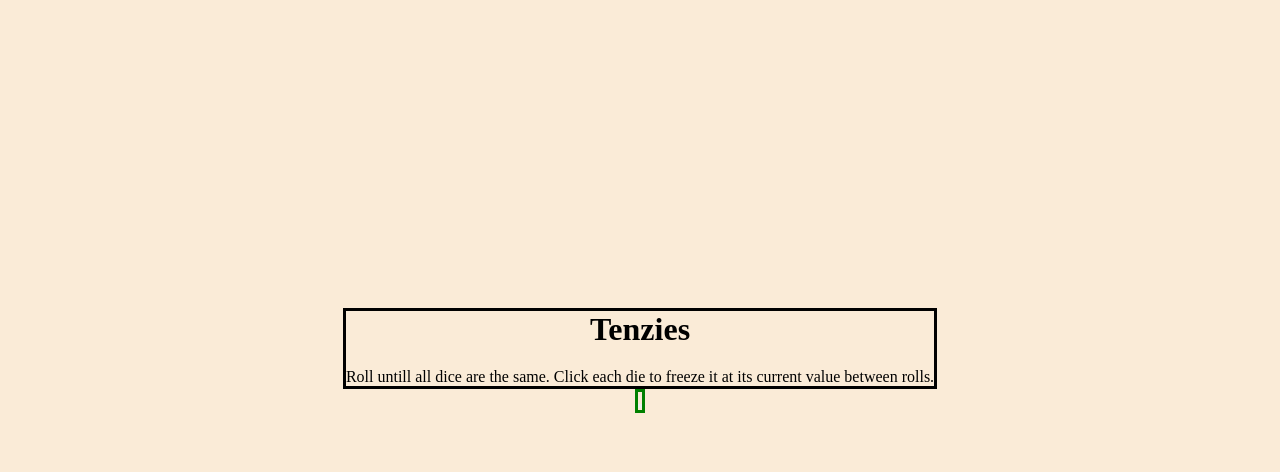
Repository: 2iaad/React
Page: /
These files come from the project's save history. The page is drawn as it stood at one moment and after the next save; the edit follows.
The browser window is 1280 px wide. The pictures show the whole page.
The project was rebuilt for these pictures with package versions that can differ from the ones it lists, and the page was loaded fresh each time. Also part of the build but not shown: vite.config.js.

Above is the page before, as saved 2025-12-06 00:02:05.

### index.html
<!doctype html>
<html lang="en">

<head>
  <meta charset="UTF-8" />
  <link rel="icon" type="image/svg+xml" href="/vite.svg" />
  <meta name="viewport" content="width=device-width, initial-scale=1.0" />
  <title>my-react</title>
</head>

<body>
  <div id="root"></div>
  <script type="module" src="/src/main.jsx"></script>
</body>

</html>

### src/index.css
* {
  padding: 0;
  margin: 0;
}

div#root {
  display: flex;
  flex-direction: column;
  justify-content: center;
  align-items: center;

  height: 100vh;
  background-color: antiquewhite;
}

### src/App.jsx
import './App.css'
import Header from './components/Header'
import Main from './components/Main'

export default function App() {

  return (
    <>
      <Header />
      <Main />
    </>
  )
}

### src/App.css
header {
  display: flex;
  flex-direction: column;
  gap: 20px;

  text-align: center;
  border: 3px solid black;
}

main {
  border: 3px solid green;
}

### src/components/Header.jsx
export default function Header()
{
    const headerName = "Tenzies"
    const intro = "Roll untill all dice are the same. Click each die to freeze it at its current value between rolls."

    return (
        <header>
            <h1>{headerName}</h1>
            <p>{intro}</p>
        </header>
    )
}

### src/components/Main.jsx
export default function Main() {

    return (
        <main>
            <div id="numbers">

            </div>
            <button>

            </button>
        </main>
    )
}

Loaded but not shown: src/main.jsx (common file)

After the next save:
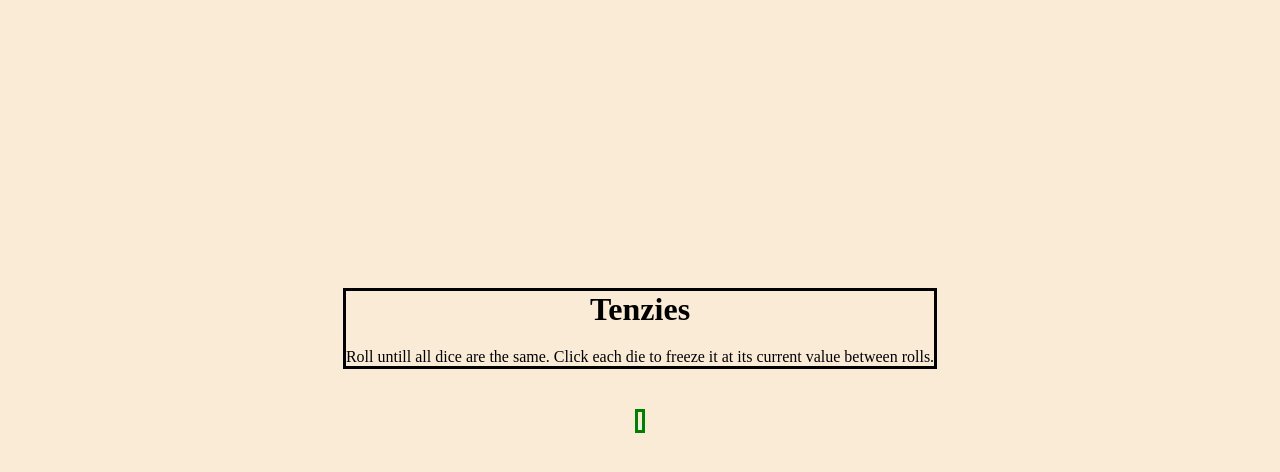
Saved 29 s later.
--- a/src/index.css
+++ b/src/index.css
@@ -9,6 +9,7 @@ div#root {
   justify-content: center;
   align-items: center;
 
+  gap: 40px;
   height: 100vh;
   background-color: antiquewhite;
 }
